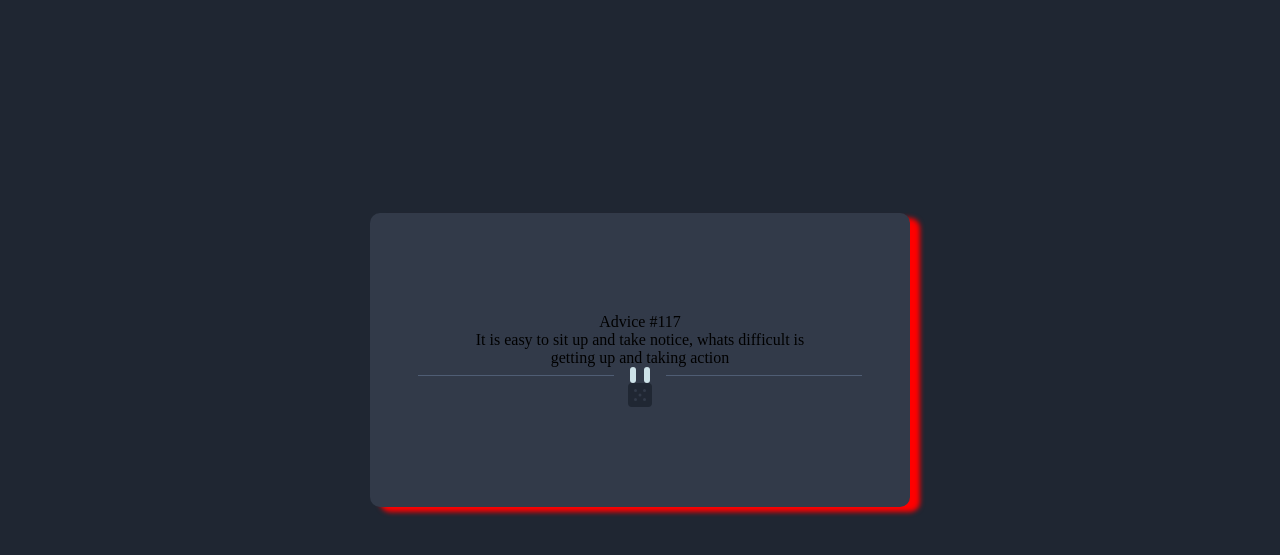
Repository: Arkitecth/advice-generator
Page: index.html
An editor plug-in stored every save of this project. The page is shown before and after the next save, followed by the edit.
The browser window is 1280 px wide. The pictures show the whole page.

Above is the page before, as saved 2023-07-12 17:28:08.

After the next save:
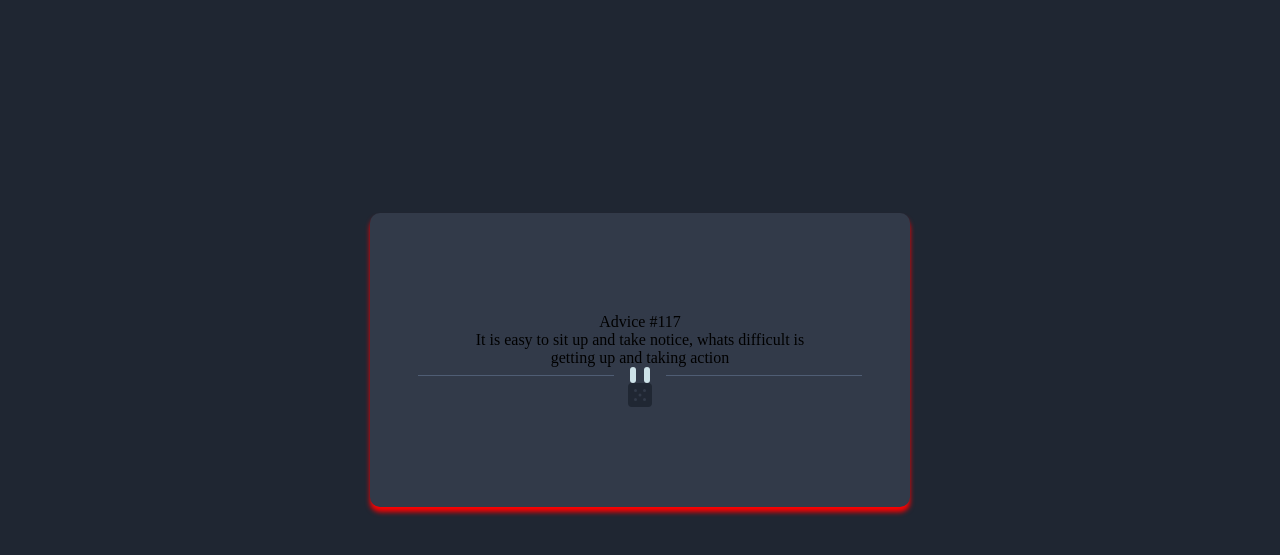
Saved 12 s later.
--- a/style.css
+++ b/style.css
@@ -26,7 +26,7 @@
     max-width: 540px;
     padding: 100px;
     border-radius: 10px;
-    box-shadow: 10px 5px 5px red;
+    box-shadow: 0px 5px 5px red;
     display: flex;
     flex-direction: column;
     align-items: center;
